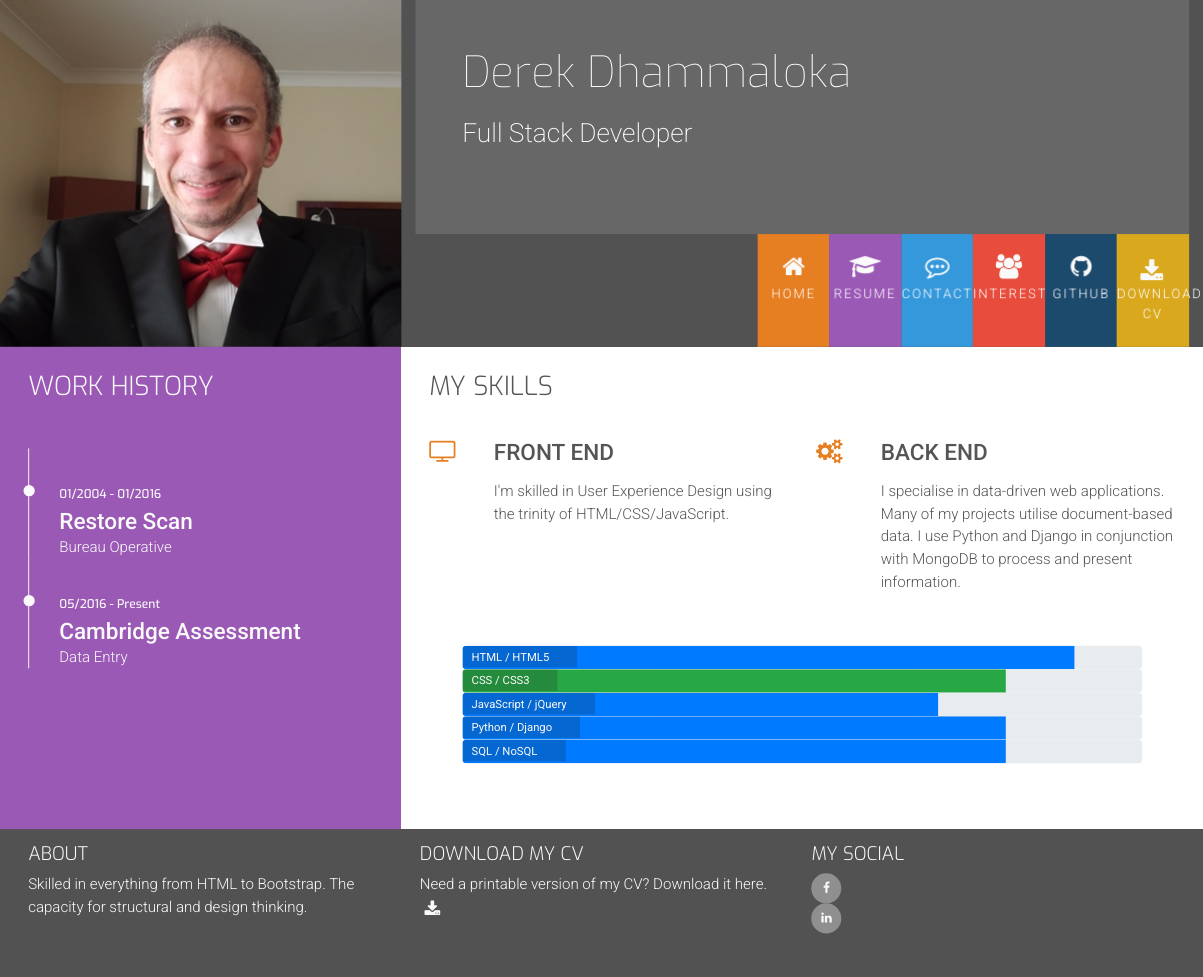
Repository: derektypist/derek-dhammaloka-cv
Page: resume.html
The author's editor kept a record of every edit. The page is drawn from the files as they stood at one moment, then again after the next edit.
The browser window is 1280 px wide. The pictures show the whole page, at 94% of full size.
Some web libraries are served in a nearby version.

Above is the page before.

### resume.html
<!DOCTYPE html>
<html>
    <head>
    <link rel="stylesheet" href="https://maxcdn.bootstrapcdn.com/bootstrap/4.3.1/css/bootstrap.min.css" integrity="sha384-ggOyR0iXCbMQv3Xipma34MD+dH/1fQ784/j6cY/iJTQUOhcWr7x9JvoRxT2MZw1T" crossorigin="anonymous">
    <link rel="stylesheet" href="https://maxcdn.bootstrapcdn.com/font-awesome/4.7.0/css/font-awesome.min.css" type="text/css" />
    <link rel="stylesheet" href="https://cdnjs.cloudflare.com/ajax/libs/hover.css/2.1.1/css/hover-min.css" type="text/css" />
    <link rel="stylesheet" href="assets/css/style.css" type="text/css" />
    <meta name="viewport" content="width=device-width, initial-scale=1">
    <title>Derek Dhammaloka CV - Resume</title>
    </head>
    <body>
       <header class="container-fluid">

            <div class="row">

                <a class="col-md-4 logo" href="index.html" title="Derek Dhammaloka Home Page"></a>

                <div class="col-md-8">

                    <div class="row no-gutters bg-color-name-title">
                        <div class="col heading">
                            <h1 class="name">Derek Dhammaloka</h1>
                            <h2 class="title">Full Stack Developer</h2>
                        </div>
                    </div>

                    <div class="row no-gutters">
                        <div class="col"></div>

                        <ul class="list-inline menucontainer" id="nav">

                            <li class="col-6 col-sm-2 ui-menu-color-home menuitem list-inline-item">

                                <a href="index.html" class="hvr-sweep-to-bottom"><i class="fa fa-home" aria-hidden="true"></i><span>Home</span></a>

                            </li>

                            <li class="col-6 col-sm-2 ui-menu-color-resume menuitem list-inline-item">

                                <a href="resume.html" class="hvr-sweep-to-bottom"><i class="fa fa-graduation-cap" aria-hidden="true"></i><span>Resume</span></a>

                            </li>

                            <li class="col-6 col-sm-2 ui-menu-color-contact menuitem list-inline-item">

                                <a href="contact.html" class="hvr-sweep-to-bottom"><i class="fa fa-commenting-o" aria-hidden="true"></i><span>Contact</span></a>

                            </li>

                            <li class="col-6 col-sm-2 ui-menu-color-interests menuitem list-inline-item">
                                <a href="interests.html" class="hvr-sweep-to-bottom"><i class="fa fa-users" aria-hidden="true "></i><span>Interests</span></a>
                            </li>

                            <li class="col-6 col-sm-2 ui-menu-color-github menuitem list-inline-item">
                                <a href="github.html" class="hvr-sweep-to-bottom"><i class="fa fa-github" aria-hidden="true "></i><span>GitHub</span></a>
                            </li>

                            <li class="col-6 col-sm-2 ui-menu-color-download menuitem list-inline-item">

                                <a href="assets/cv/derekdhammaloka-cv.pdf" target="_blank" class="hvr-sweep-to-bottom"><span><i class="fa fa-download" aria-hidden="true"></i>Download CV</span></a>

                            </li>

                        </ul>

                    </div>

                </div>

            </div>

        </header>

         <section class="container-fluid">
            <div class="row">
                <div class="col-md-4 bg-color-work-history section-column">
                    <div class="row">
                        <div class="col-12">
                            <h3 class="history-heading uppercase">Work History</h3>
                        </div>
                    </div>
                    <div class="history-items">
                       <div class="timeline-item" dates="01/2004 - 01/2016">
                       <h4>Restore Scan</h4>
                       <p>Bureau Operative</p>
                   </div>
                   <div class="timeline-item" dates="05/2016 - Present">
                       <h4>Cambridge Assessment</h4>
                       <p>Data Entry</p>
                   </div>
                   </div>
                </div>
                <div class="col-md-8 bg-color-three-reasons section-column">
                    <div class="row">
                        <div class="col">
                            <h3 class="section-heading uppercase">My Skills</h3>
                        </div>
                    </div>
                    <div class="row">
                        <div class="col-10 offset-1 offset-sm-0 col-sm-4 col-md-6">
                            <div class="row">
                                <div class="col-2">
                                    <i class="three-reasons-icons fa fa-tv" aria-hidden="true"></i>
                                </div>
                                <div class="col-10">
                                    <h4 class="three-reasons-heading uppercase">Front End</h4>
                                    <p>
                                        I'm skilled in User Experience Design using the trinity of HTML/CSS/JavaScript.
                                    </p>
                                </div>
                            </div>
                        </div>
                        <div class="col-10 offset-1 offset-sm-0 col-sm-4 col-md-6">
                                <div class="row">
                                    <div class="col-2">
                                        <i class="three-reasons-icons fa fa-gears" aria-hidden="true"></i>
                                    </div>
                                    <div class="col-10">
                                        <h4 class="three-reasons-heading uppercase">Back End</h4>
                                        <p>
                                            I specialise in data-driven web applications.
                                            Many of my projects utilise document-based data. I use Python and Django
                                            in conjunction with MongoDB to process and present information.
                                        </p>
                                    </div>
                                </div>
                            </div>
                    </div>
                    <div class="row progress-section">
                        <div class="col">
                        <div class="progress">
                            <div class="progress-bar" role="progressbar" aria-valuenow="90" aria-valuemin="0" aria-valuemax="100" style="width: 90%">
                                <span class="sr-only"> 90% complete</span>
                            </div>
                            <span class="progress-type">HTML / HTML5</span>
                        </div>
                        <div class="progress">
                            <div class="progress-bar bg-success" role="progressbar" aria-valuenow="80" aria-valuemin="0" aria-valuemax="100" style="width: 80%">
                                <span class="sr-only"> 80% complete</span>
                            </div>
                            <span class="progress-type">CSS / CSS3</span>
                        </div>
                        <div class="progress">
                            <div class="progress-bar progress-bar-info" role="progressbar" aria-valuenow="70" aria-valuemin="0" aria-valuemax="100" style="width: 70%">
                                <span class="sr-only"> 70% complete</span>
                            </div>
                            <span class="progress-type">JavaScript / jQuery</span>
                        </div>
                        <div class="progress">
                            <div class="progress-bar progress-bar-warning" role="progressbar" aria-valuenow="80" aria-valuemin="0" aria-valuemax="100" style="width: 80%">
                                <span class="sr-only"> 80% complete</span>
                            </div>
                            <span class="progress-type">Python / Django</span>
                        </div>
                        <div class="progress">
                            <div class="progress-bar progress-bar-danger" role="progressbar" aria-valuenow="80" aria-valuemin="0" aria-valuemax="100" style="width: 80%">
                                <span class="sr-only"> 80% complete</span>
                            </div>
                            <span class="progress-type">SQL / NoSQL</span>
                        </div>
                    </div>
                </div>
            </div>
            </div>
        </section>

        <footer class="container-fluid">
        <div class="row" id="footer-details">
            <div class="col-sm-4">
                <h5 class="uppercase general-sub">About</h5>
                <p class="inline-block">
                    Skilled in everything from HTML to Bootstrap.
                    The capacity for structural and design thinking.

                </p>
            </div>

            <div class="col-sm-4">
                <h5 class="uppercase general-sub">Download My CV</h5>
                <p class="inline-block">
                    Need a printable version of my CV?  Download it here.
                <a href="assets/cv/derekdhammaloka-cv.pdf" target="_blank" class="cv-pdf"><i class="fa fa-download" aria-hidden="true"></i></a>
                </p>

            </div>

            <div class="col-sm-4">
                <h5 class="uppercase general-sub">My Social</h5>
                <ul class="list-inline social-links">
                    <li><a target="_blank" href="https://www.facebook.com/derek.dhammaloka"><i class="fa fa-facebook"></i></a></li>
                    <li><a target="_blank" href="https://www.linkedin.com/in/derekdhammaloka"><i class="fa fa-linkedin"></i></a></li>
                </ul>

            </div>
        </div>
    </footer>
    </body>
</html>

### assets/css/style.css
@import url('https://fonts.googleapis.com/css?family=Roboto:100,200,300,400,500,600,700|Exo:100,200,300,400,500,600,700');


/* Colors */

.bg-color-name-title {
    background-color: #676767;
}

.bg-color-three-reasons {
    background-color: #ffffff;
}

.ui-menu-color-home {

    background-color: #e67e22;

}


.ui-menu-color-resume {

    background-color: #9b59b6;

}



.ui-menu-color-contact {

    background-color: #3498db;

}


.ui-menu-color-download {

    background-color: #d9a81d;

}

.ui-menu-color-github {
    background-color: #1c4a6c;
}

.ui-menu-color-interests {
    background-color: #e74c3c;
}

.bg-color-personal-info {
    background-color: #f4f4f4;
}

.bg-color-work-history {
    background-color: #9b59b6;
}

.bg-color-contact {
    background-color: #ffffff;
}

.bg-color-conferences {

    background-color: #f4f4f4;

}


.bg-color-groups {

    background-color: #ffffff;

}

body {
    font-family: "Roboto", Arial, Verdana, sans-serif;
    font-weight: 300;
    background-color: #525252;
    color: #555555;
}

.section-column {
    display: table-cell;
    padding: 0 30px 30px;
    float: none;
}


/* Special Padding/Margins/Text */

h1, h2, h3, h4 {
    margin: 0;
}

.uppercase {
    text-transform: uppercase;
}

.general-sub {
    font-family: "Exo", Arial, Verdana, sans-serif;
    font-weight: 300;
    color: #fafafa;
}

.inline-block {
    display: inline-block;
}

.row-table {
    display: table;
}

.history-heading, .section-heading {
    font-family: "Exo", Arial, Verdana, sans-serif;
    font-weight: 300;
    margin-top: 25px;
    margin-bottom: 40px;
}

.text-center {
    text-align: center;
}

/* Heading */

header {
    margin: 0;
}



.heading {
    margin-left: 50px;
}


.logo {

    background: url("../images/derek.jpg");

    background-position: center;

    background-repeat: no-repeat;

    background-size: cover;

    min-height: 360px;


    transition: all .5s ease-in-out;

    -moz-transition: all .5s ease-in-out;
    -webkit-transition: all .5s ease-in-out;
    -o-transition: all .5s ease-in-out;

}

.name {
    font-family: "Exo", Arial, Verdana, sans-serif;
    font-weight: 100;
    font-size: 46px;
    margin-top: 50px;
    color: #ffffff;
}

.title {
    font-family: "Roboto", Arial, Verdana, sans-serif;
    font-weight: 200;
    font-size: 28px;
    margin-top: 20px;
    margin-bottom: 90px;
    color: #fff;
}

.list-inline-item:not(:last-child) {
    margin: 0;
}


.menucontainer {

    font-size: 0;

}
#nav {
    margin: 0;
}

#nav li {
    font-size: 14px;
    padding: 0;
}

.menuitem {
    height: 120px;
    text-align: center;
    padding: 0;
}

.menuitem a {
    width: 100%;
    text-decoration: none;
    color: #fff;
    height: 120px;
}

.menuitem a i {
    padding-top: 22px;
    display: block;
    color: #fafafa;
    font-size: 26px;
}

.menuitem span {
    display: block;
    width: 100%;
    padding-top: 5px;
    text-align: center;
    text-transform: uppercase;
    font-size: 14px;
    font-weight: 300;
    letter-spacing: 2px;
}

/* Hover.css */

.hvr-sweep-to-bottom:before {
    background: rgb(0, 0, 0);
    background: rgba(0, 0, 0, 0.2);
    height: 120px;
}

/* Footer */
footer {
    background-color: #525252;
    color: #fafafa;
    min-height: 120px;
    margin: 0;
}

footer .cv-pdf {
    color: #fafafa;
    text-align: center;
    font-size: 18px;
    padding-left: 5px;
}

footer .cv-pdf i:hover {
    color: #e84610;
    transition: all 0.35s ease-in-out;
    -moz-transition: all 0.35s ease-in-out;
    -webkit-transition: all 0.35s ease-in-out;
    -o-transition: all 0.35s ease-in-out;
}

.social-links {
    padding-bottom: 15px;
}

.social-links li a i {
    width: 32px;
    height: 32px;
    padding: 12px 0px;
    border-radius: 50%;
    font-size: 13px;
    line-height: 7px;
    text-align: center;
    color: #fafafa;
    background: #8f8f8f;
    transition: all 0.35s ease-in-out;
    -moz-transition: all 0.35s ease-in-out;
    -webkit-transition: all 0.35s ease-in-out;
    -o-transition: all 0.35s ease-in-out;

}

.social-links li a i:hover {
    background: #e84610;

}

#footer-details {
    padding: 15px;
}

/* Three Reasons */

.three-reasons-icons {
    font-size: 26px;
    color: #e67e22;
}

.three-reasons-heading {
    margin-bottom: 15px;
}

/* Personal Info */

.personal-info-item {
    margin-bottom: 20px;
    display: block;
    clear: both;
}



.personal-info-item .key, .personal-info-item .value {
    padding-right: 8px;
}

.personal-info-item .key p, .personal-info-item .value p {
    margin: 0;
}

.personal-info-item .key {
    display: inline-block;
    width: 30%;
    margin-right: 21px;
    padding-top: 2px;
    vertical-align: top;
}

.personal-info-item .key p {
    font-family: "Roboto", Arial, Verdana, sans-serif;
    font-weight: 700;

}

.personal-info-item .value {
    display: inline-block;
    position: relative;
    width: 60%;
}

/* Skills */

.progress {
    position: relative;
    height: 25px;
}

.progress-type {
    position: absolute;
    left: 0px;
    font-weight: 400;
    padding: 3px 30px 2px 10px;
    color: #fafafa;
    background-color: rgb(25, 25, 25);
    background-color: rgba(25, 25, 25, 0.2);
}

.progress-section {
    margin: 40px 20px;
}

/* Work History */

.timeline-item {
    padding: 4em 2em 0em 2em;
    position: relative;
    color: #fafafa;
    border-left: 1px solid;
}

.timeline-item p {
    padding: 0;
    margin: 0;
}

.timeline-item::before {
    content: attr(dates);
    position: absolute;
    left: 2.5em;
    top: 3em;
    display: block;
    font-family: "Exo", Arial, Verdana, sans-serif;
    font-weight: 500;
    font-size: .8em;
    padding: 0;
    margin: 0;
}

.timeline-item::after {
    width: 12px;
    height: 12px;
    display: block;
    top: 2.4em;
    position: absolute;
    left: -6px;
    border-radius: 12px;
    content: '';
    background: #fafafa;
}

.history-heading {
    color: #fafafa;
    margin-bottom: 50px;
}

.history-items {
    margin-bottom: 30px;
}

/* Interests */
.interest-links {
    text-decoration: none;
    color: #3498db;
}

.interest-links:hover {
    color: #e67e22;
}


/* Contact */

.contact-heading {
    font-family: "Exo", Arial, Verdana, sans-serif;
    font-weight: 300;
    margin-top: 25px;
    margin-bottom: 20px;
}

.center-form {
    padding-top: 10px;
    margin: 0 auto;
    max-width: 70%;
}

button[type="submit"] {
    margin-top: 15px;
    margin-bottom: 20px;
    background-color: #e84610;
    color: #fafafa;
}

/* Media Queries */

@media (min-width: 992px) {
    .section-column {
        padding: 0 30px 30px;
        float: none;
        display: table-cell;
    }

    .center-form {
    padding-top: 30px;
    min-height: 240px;
    margin: 0 auto;
    max-width: 50%;
}

}

/* Maps */
div#map {
    min-height: 360px;

}

After the next edit:
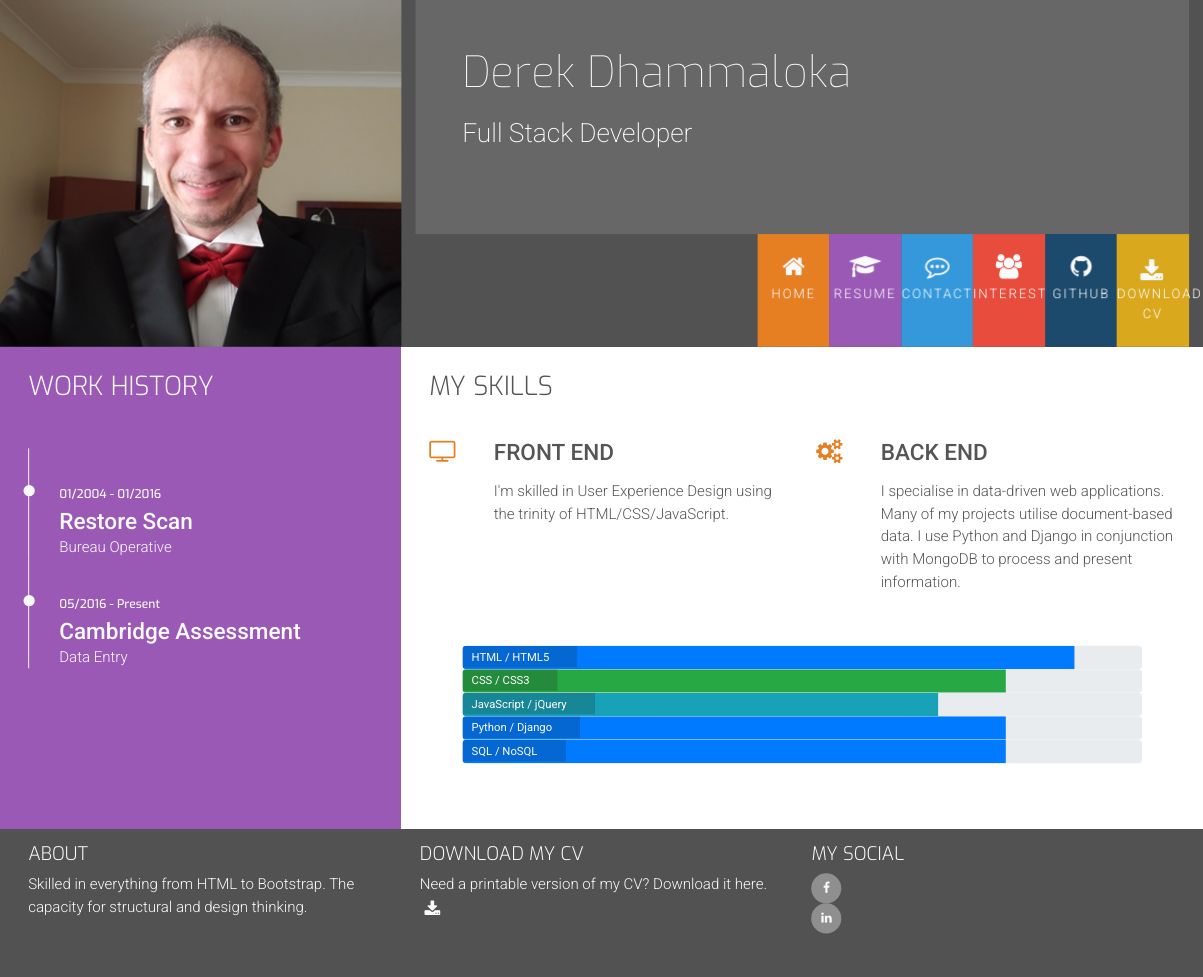
The edit:
--- a/resume.html
+++ b/resume.html
@@ -141,7 +141,7 @@
                             <span class="progress-type">CSS / CSS3</span>
                         </div>
                         <div class="progress">
-                            <div class="progress-bar progress-bar-info" role="progressbar" aria-valuenow="70" aria-valuemin="0" aria-valuemax="100" style="width: 70%">
+                            <div class="progress-bar bg-info" role="progressbar" aria-valuenow="70" aria-valuemin="0" aria-valuemax="100" style="width: 70%">
                                 <span class="sr-only"> 70% complete</span>
                             </div>
                             <span class="progress-type">JavaScript / jQuery</span>
